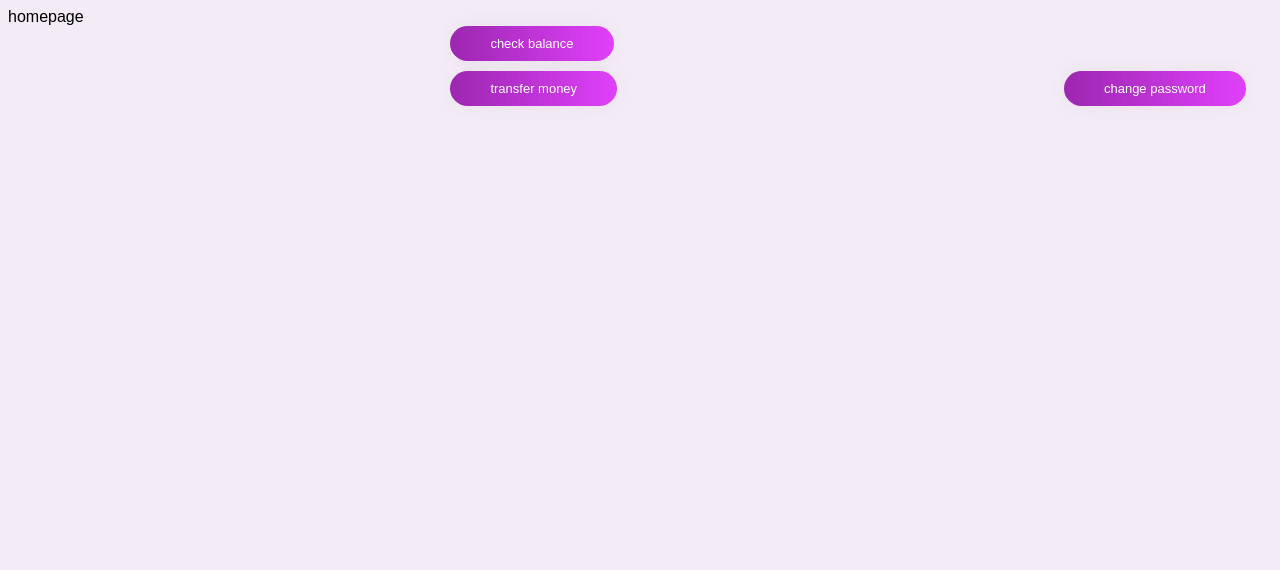
Repository: anujs099/bankingapp
Page: banking-application-final/WebContent/homepage.html
These files come from the project's save history. The page is drawn as it stood at one moment and after the next save; the edit follows.
The browser window is 1280 px wide. The pictures show the whole page.
Some web fonts or font styles are not loaded; a fallback is used.

Above is the page before, as saved 2021-03-07 17:10:17.

### banking-application-final/WebContent/homepage.html
<!DOCTYPE html>
<html>
<head>
  <link href="https://fonts.googleapis.com/css?family=Ubuntu" rel="stylesheet">
  <link rel="stylesheet" href="path/to/font-awesome/css/font-awesome.min.css">
	<link rel="stylesheet" href="LoginFile.css">

<meta charset="ISO-8859-1">
<title>Insert title here</title>

</head>
<body>
homepage
<form action="checkbalance" method="post">
<input type="submit" value="check balance" class="submit"><br><br>
</form>
<a href="transfer.html" class="submit">transfer money</a>
<a href="changepassword.html" class="submit">change password</a>
</body>
</html>

### banking-application-final/WebContent/LoginFile.css
@charset "ISO-8859-1";
 body {
        background-color: #F3EBF6;
        font-family: 'Ubuntu', sans-serif;
    }

    .main {
        background-color: #FFFFFF;
        width: 400px;
        height: 400px;
        margin: 7em auto;
        border-radius: 1.5em;
        box-shadow: 0px 11px 35px 2px rgba(0, 0, 0, 0.14);
    }

    .sign {
        padding-top: 40px;
        color: #8C55AA;
        font-family: 'Ubuntu', sans-serif;
        font-weight: bold;
        font-size: 23px;
    }

    .un {
    width: 76%;
    color: rgb(38, 50, 56);
    font-weight: 700;
    font-size: 14px;
    letter-spacing: 1px;
    background: rgba(136, 126, 126, 0.04);
    padding: 10px 20px;
    border: none;
    border-radius: 20px;
    outline: none;
    box-sizing: border-box;
    border: 2px solid rgba(0, 0, 0, 0.02);
    margin-bottom: 50px;
    margin-left: 46px;
    text-align: center;
    margin-bottom: 27px;
    font-family: 'Ubuntu', sans-serif;
    }

    form.form1 {
        padding-top: 40px;
    }

    .pass {
            width: 76%;
    color: rgb(38, 50, 56);
    font-weight: 700;
    font-size: 14px;
    letter-spacing: 1px;
    background: rgba(136, 126, 126, 0.04);
    padding: 10px 20px;
    border: none;
    border-radius: 20px;
    outline: none;
    box-sizing: border-box;
    border: 2px solid rgba(0, 0, 0, 0.02);
    margin-bottom: 50px;
    margin-left: 46px;
    text-align: center;
    margin-bottom: 27px;
    font-family: 'Ubuntu', sans-serif;
    }


    .un:focus, .pass:focus {
        border: 2px solid rgba(0, 0, 0, 0.18) !important;

    }

    .submit {
      cursor: pointer;
        border-radius: 5em;
        color: #fff;
        background: linear-gradient(to right, #9C27B0, #E040FB);
        border: 0;
        padding-left: 40px;
        padding-right: 40px;
        padding-bottom: 10px;
        padding-top: 10px;
        font-family: 'Ubuntu', sans-serif;
        margin-left: 35%;
        font-size: 13px;
        box-shadow: 0 0 20px 1px rgba(0, 0, 0, 0.04);
    }

    .forgot {
        text-shadow: 0px 0px 3px rgba(117, 117, 117, 0.12);
        color: #E1BEE7;
        padding-top: 15px;
    }

    a {
        text-shadow: 0px 0px 3px rgba(117, 117, 117, 0.12);
        color: #E1BEE7;
        text-decoration: none
    }

    @media (max-width: 600px) {
        .main {
            border-radius: 0px;
        }

    }

After the next save:
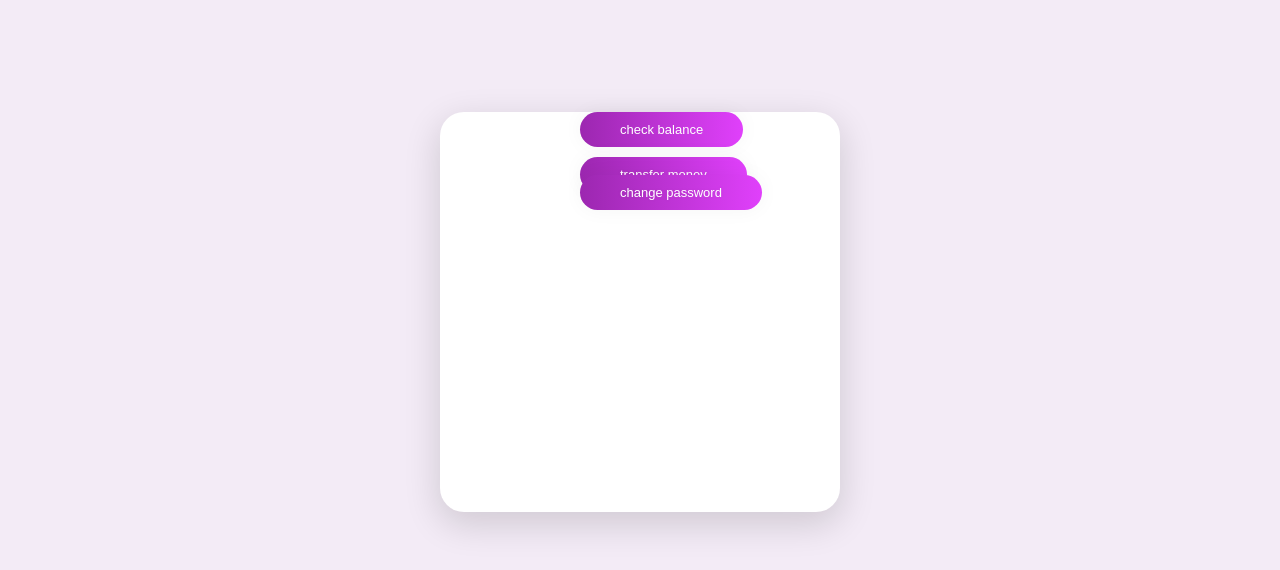
Saved 3 min 59 s later.
--- a/banking-application-final/WebContent/homepage.html
+++ b/banking-application-final/WebContent/homepage.html
@@ -10,11 +10,11 @@
 
 </head>
 <body>
-homepage
-<form action="checkbalance" method="post">
+<div class="main"><form action="checkbalance" method="post">
 <input type="submit" value="check balance" class="submit"><br><br>
 </form>
 <a href="transfer.html" class="submit">transfer money</a>
 <a href="changepassword.html" class="submit">change password</a>
+</div>
 </body>
 </html>
